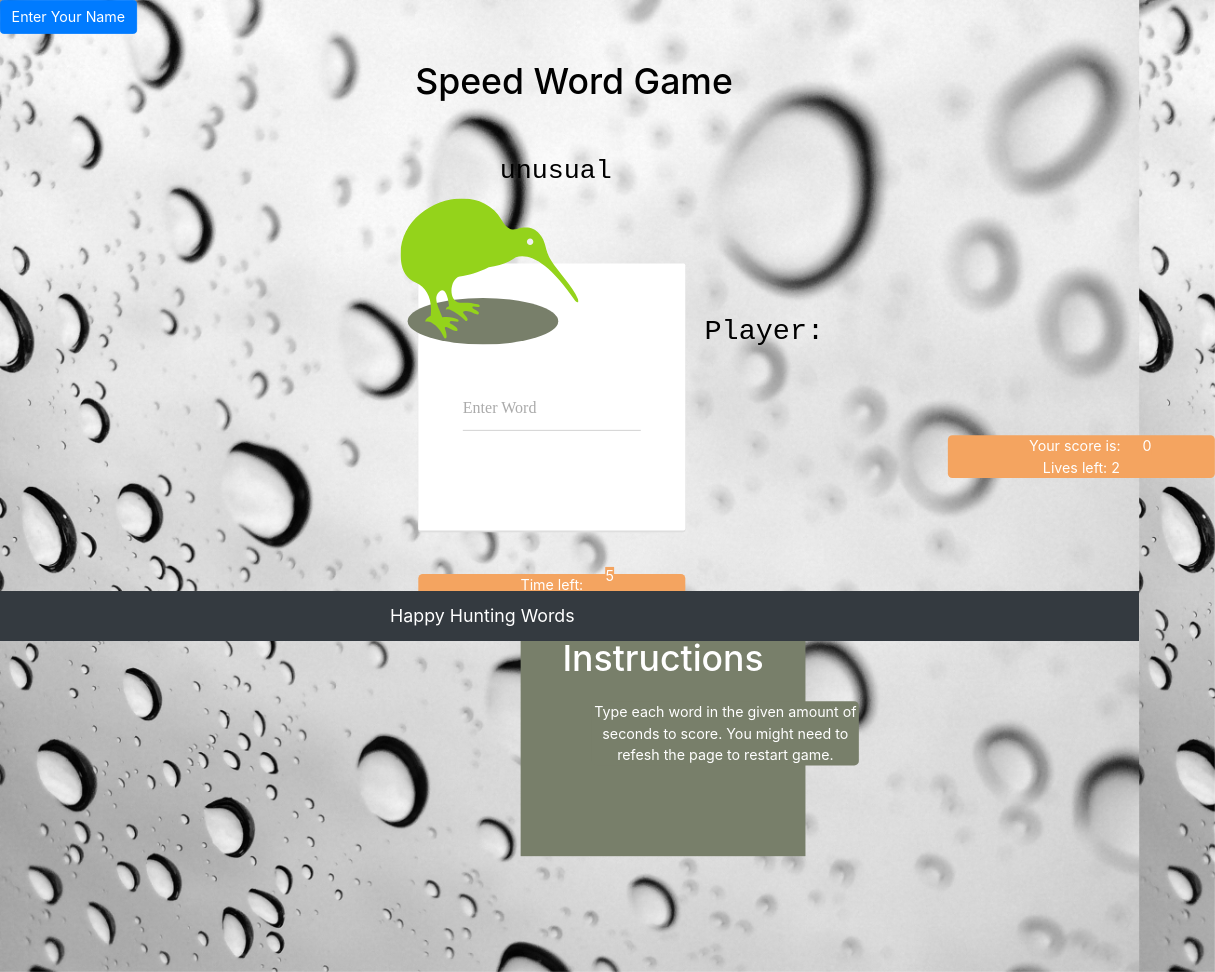
Repository: konstantin0s/word-game-project
Page: index.html
The author's editor kept a copy of each file at every save. The page is drawn from the files as they stood at one save, then again after the next save.
The browser window is 1280 px wide. The page is 1365 px wide, so the pictures cover 1365 px, including what lies to the right of the window. The pictures show the whole page, at 89% of full size.
Backgrounds fixed to the window are drawn as part of the page. Some web libraries are served in a nearby version.

Above is the page before, as saved 2019-02-12 16:52:44.

After the next save:
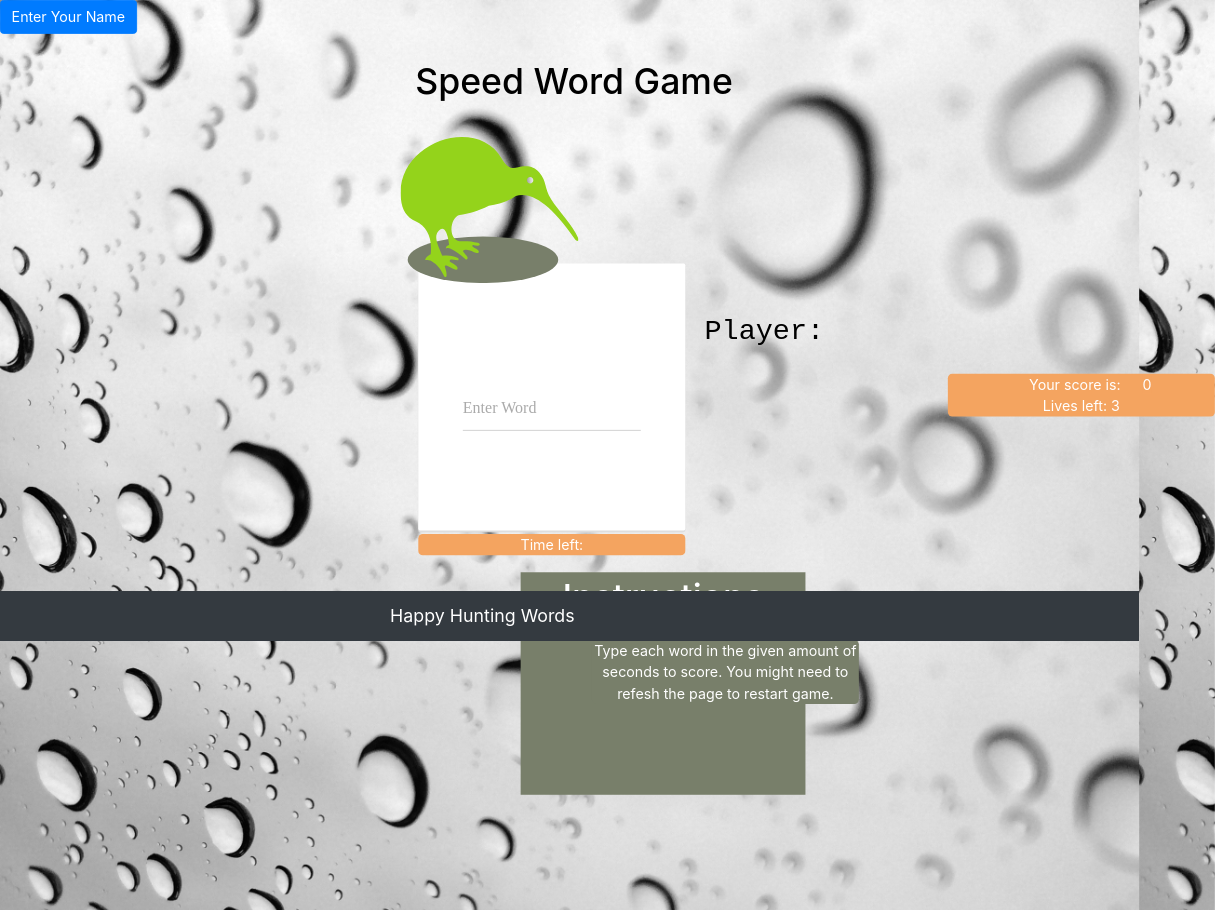
Console error: SyntaxError: Unexpected token ','
Saved 74 s later.
--- a/js/main.js
+++ b/js/main.js
@@ -112,6 +112,13 @@
       lives--;
       freshLives.innerHTML = lives;
       console.log("Game is over nowe");
+      if (lives == 0) {
+        alert("Game Over");
+        score = 0;
+        addScore.textContent = "0"
+        resetInput();
+        lives = 3;
+        freshLives.innerHTML = lives;
       seconds = 5;
       timeLeft.innerHTML = seconds;
     }

After the save that followed:
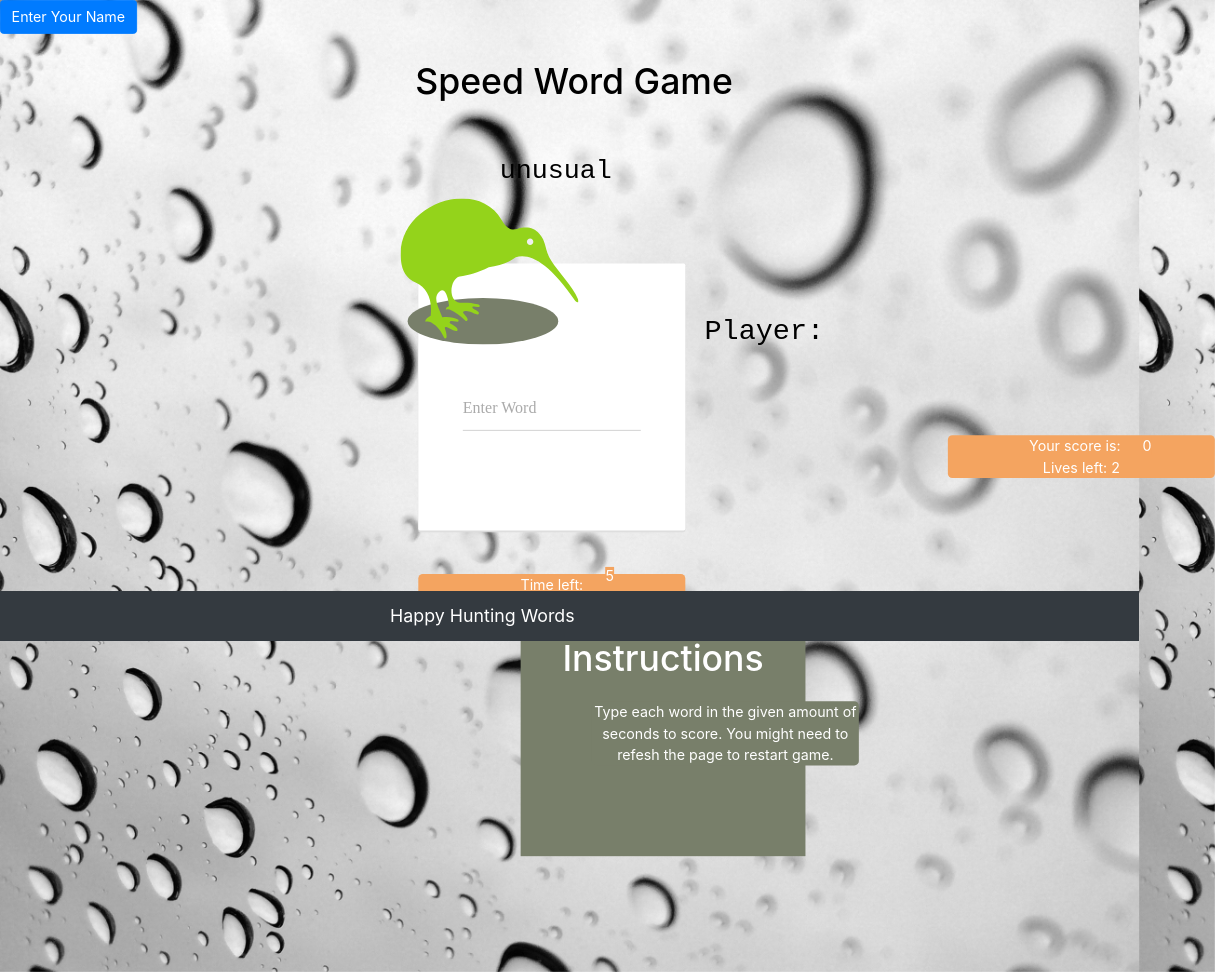
The error is gone.
Saved 74 s later.
--- a/js/main.js
+++ b/js/main.js
@@ -112,15 +112,16 @@
       lives--;
       freshLives.innerHTML = lives;
       console.log("Game is over nowe");
-      if (lives == 0) {
-        alert("Game Over");
-        score = 0;
-        addScore.textContent = "0"
-        resetInput();
-        lives = 3;
-        freshLives.innerHTML = lives;
-      seconds = 5;
+       seconds = 5;
       timeLeft.innerHTML = seconds;
+    }
+    if (lives == 0) {
+      alert("Game Over");
+      score = 0;
+      addScore.textContent = "0"
+      resetInput();
+      lives = 3;
+      freshLives.innerHTML = lives;
     }
 }, 1000);
 }
